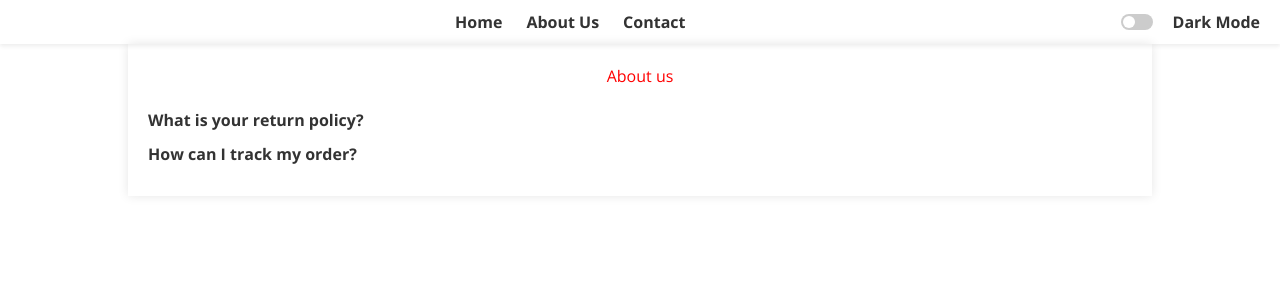
Repository: sriram1224/Text-converter
Page: /about
The author's editor kept a copy of each file at every save. The page is drawn from the files as they stood at one save, then again after the next save.
The browser window is 1280 px wide. The pictures show the whole page.
The project was rebuilt for these pictures with package versions that can differ from the ones it lists, and the page was loaded fresh each time. Also part of the build but not shown: src/Home.css, src/Home.jsx.

Above is the page before, as saved 2024-03-27 15:43:09.

After the next save:
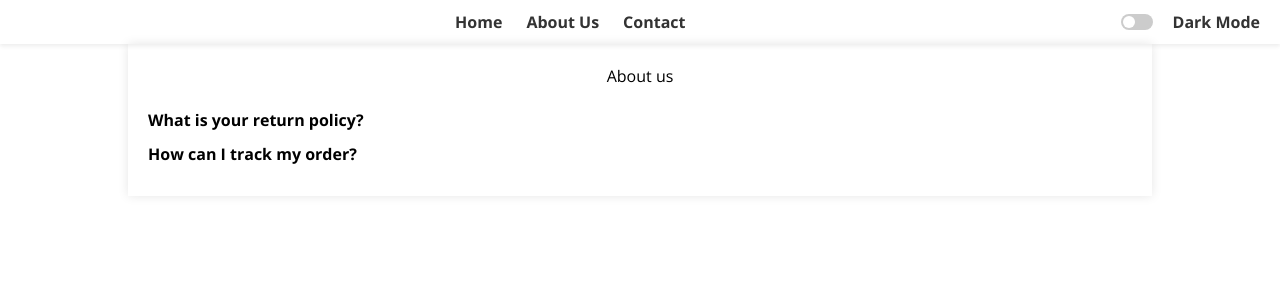
Saved 26 s later.
--- a/src/about.css
+++ b/src/about.css
@@ -23,8 +23,12 @@
     margin-top: 5px;
 
 }
-.dark-item{
-
-    color: #ff0000;
+.dark-text {
+    color: #fff;
 
 }
+
+.light-text {
+    color: #000;
+
+}
